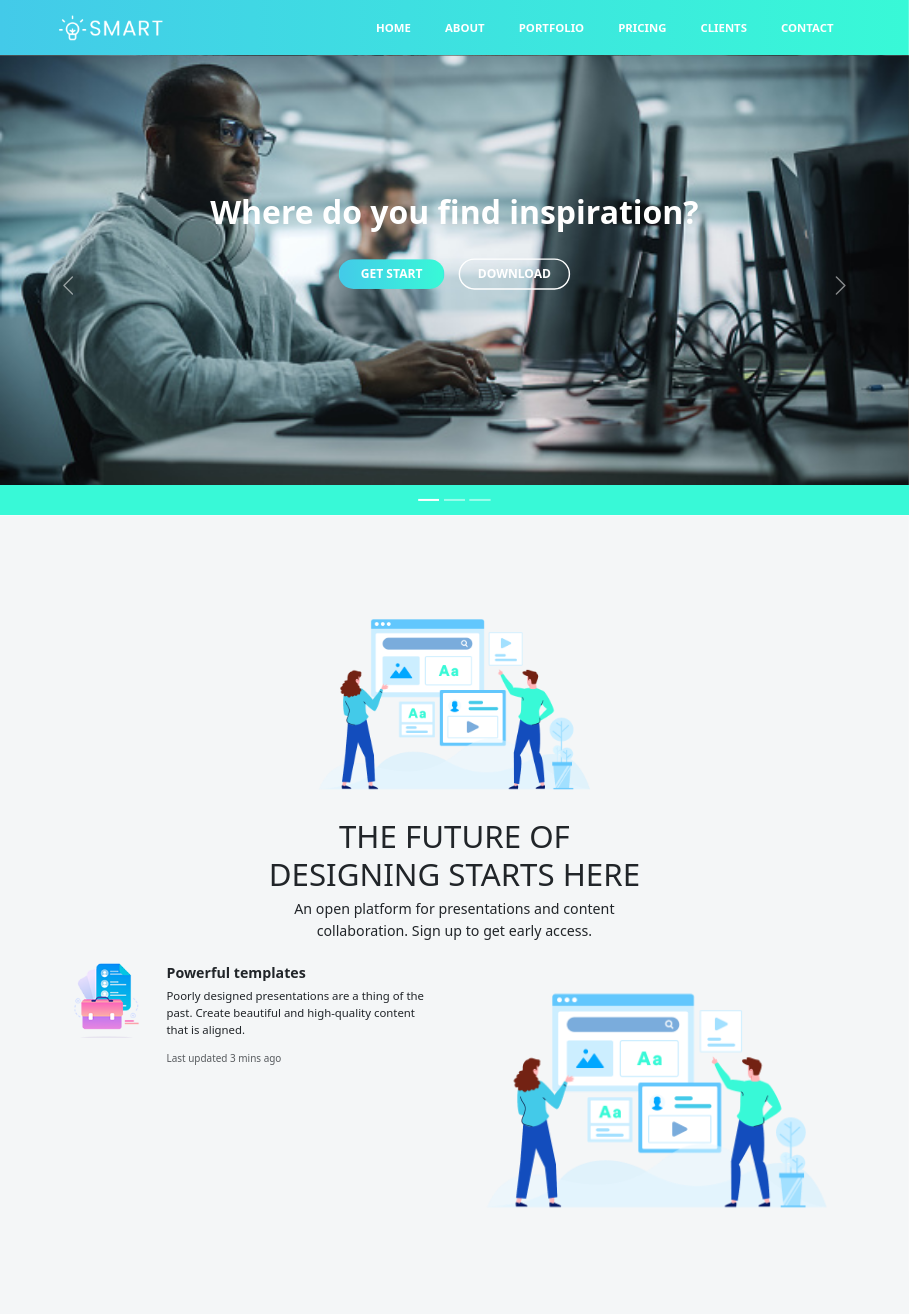
Repository: rizwan-zafar/smart-React
Page: /
An editor plug-in stored every save of this project. The page is shown before and after a run of saves, followed by the edit.
The browser window is 1280 px wide. The pictures show the whole page, at 71% of full size.
The project was rebuilt for these pictures with package versions that can differ from the ones it lists, and the page was loaded fresh each time.

Above is the page before, as saved 2022-11-17 11:34:49.

After the next 2 saves:
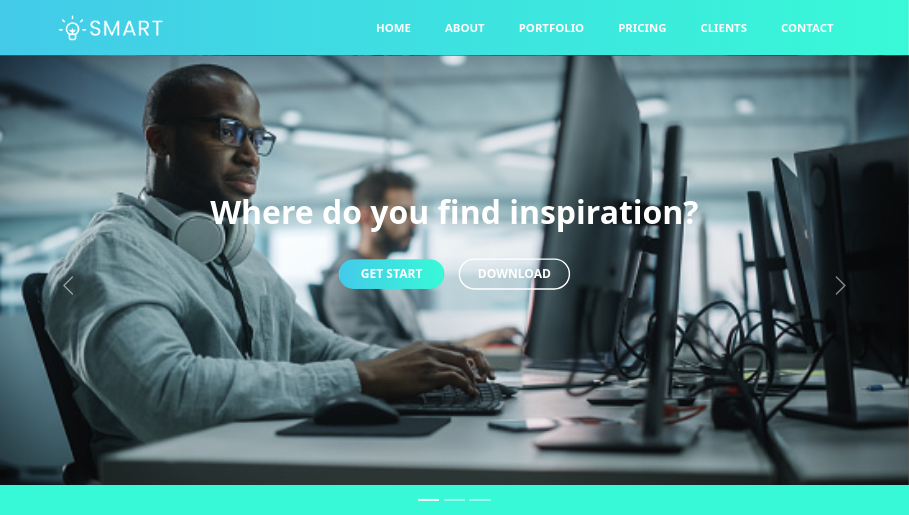
The 2 saves are shown as one change because they came seconds apart.
The last was saved 34 s later.
--- a/src/Pages/Home.js
+++ b/src/Pages/Home.js
@@ -1,13 +1,13 @@
 import React from 'react'
 import Navbar from "../Components/Navbar"
 import Slider from "../Components/Slider"
-import Service from "../Components/Service";
+// import Service from "../Components/Service";
 export default function Home() {
     return (
         <div>
             <Navbar />
             <Slider />
-            <Service />
+            {/* <Service /> */}
         </div>
     )
 }

After the 2 saves that followed:
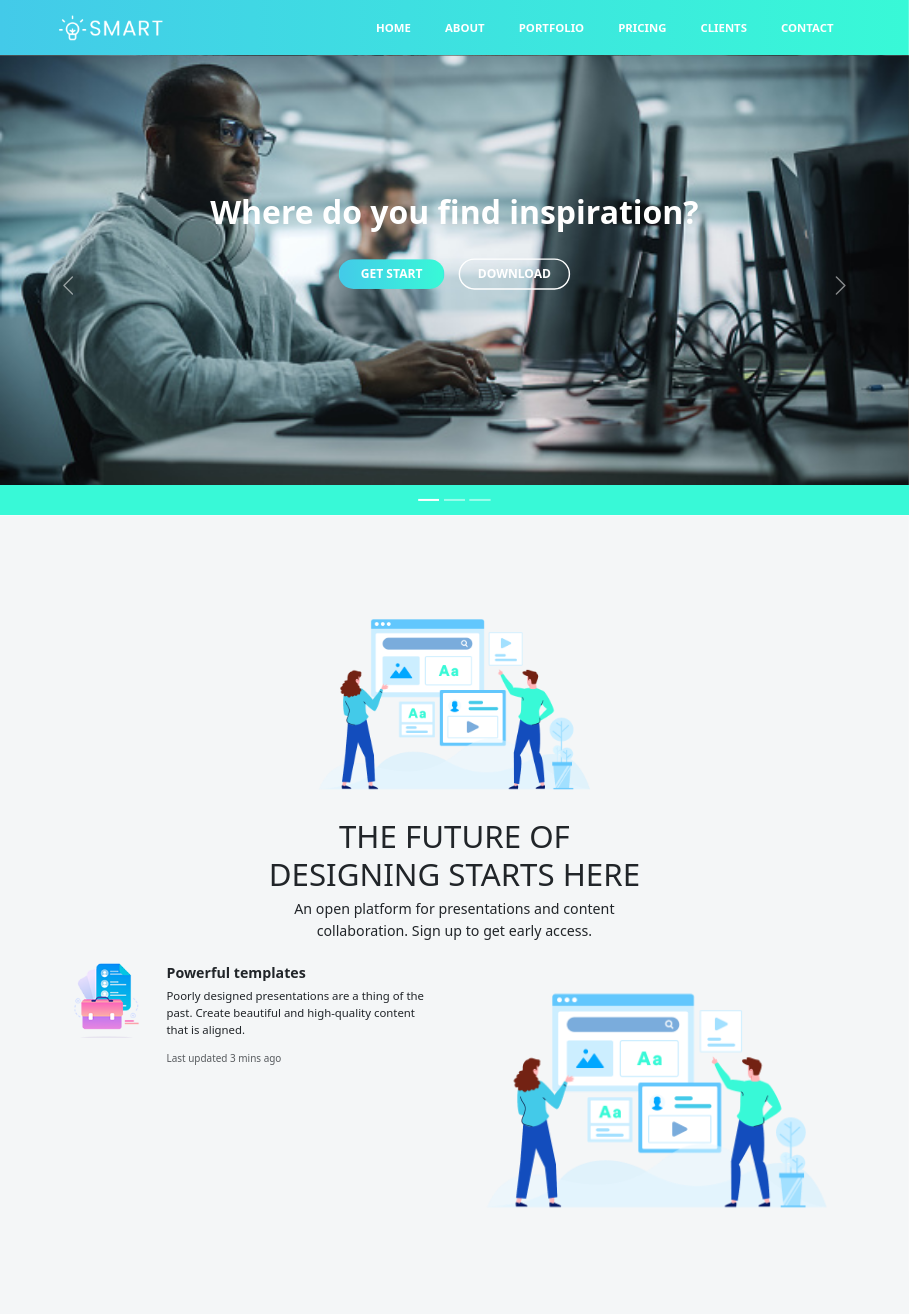
The 2 saves are shown as one change because 1 did not build or start.
The last was saved 108 s later.
--- a/src/Pages/Home.js
+++ b/src/Pages/Home.js
@@ -1,13 +1,13 @@
 import React from 'react'
 import Navbar from "../Components/Navbar"
 import Slider from "../Components/Slider"
-// import Service from "../Components/Service";
+import Service from "../Components/Service";
 export default function Home() {
     return (
         <div>
             <Navbar />
             <Slider />
-            {/* <Service /> */}
+            <Service />
         </div>
     )
 }
